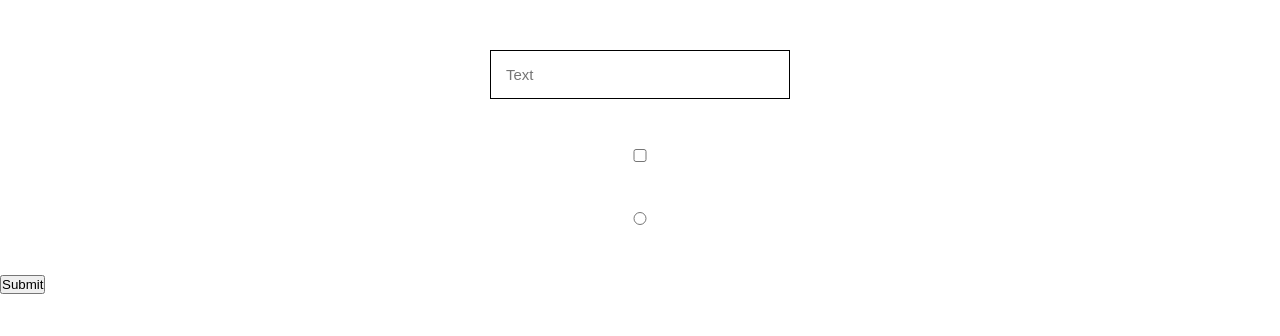
Repository: codysun1912/Javascript-coures
Page: index.html
An editor plug-in stored every save of this project. The page is shown before and after the next save, followed by the edit.
The browser window is 1280 px wide. The pictures show the whole page.

Above is the page before, as saved 2022-02-28 18:28:25.

### index.html
<!DOCTYPE html>
<html lang="en">
<head>
    <meta charset="UTF-8">
    <meta http-equiv="X-UA-Compatible" content="IE=edge">
    <meta name="viewport" content="width=device-width, initial-scale=1.0">
    <title>Javascript</title>
    <link rel="stylesheet" href="./css/app.css">

</head>
<body>
    <form class="form form-login">
        <input type="text" class="input" name = "name" placeholder="Text">
        <input type="checkbox" class="input" placeholder="Text">
        <input type="radio" class="input" placeholder="Text">
        <button type="submit">Submit</button>
    </form>
    <script src="./Event/form.js"></script>
</body>
</html>

### css/app.css
html {
    box-sizing: border-box;
  }
  * {
    margin: 0;
    padding: 0;
  }
  *,
  *:before,
  *:after {
    box-sizing: border-box;
  }
  input,
  textarea,
  select,
  button {
    outline: none;
  }
  input {
    line-height: normal;
  }
  label,
  button {
    cursor: pointer;
  }
  a {
    text-decoration: none;
  }
  img {
    display: block;
    max-width: 100%;
  }
  *,
  *:before,
  *:after {
    box-sizing: border-box;
  }
  /* using rem unit */
  html {
    font-size: 62.5%;
  }
  a {
    text-decoration: none;
  }
  img {
    display: block;
    max-width: 100%;
  }
  body {
    font-family: "Poppins", sans-serif;
    font-size: 16px;
    line-height: 1;
  }
  /* .menu {
    width: 300px;
    position: fixed;
    top: 0;
    right: 0;
    bottom: 0;
    box-shadow: rgba(100, 100, 111, 0.2) 0px 7px 29px 0px;
    list-style: none;
    transform: translateX(100%);
    transition: transform 0.25s linear;
  }
  .menu.is-show {
    transform: translateX(0);
  }
  .menu-link {
    display: block;
    padding: 20px 15px;
    color: #333;
    border-bottom: 1px solid #eee;
  }
  .boxed {
    width: 200px;
    height: 200px;
    padding: 20px;
    margin-left: 50px;
    border: 5px solid;

    border-top: 50px solid;
  } */
  /* Modal */
 .input {
   padding:15px;
   border: 1px solid black;
   font-size:15px;
   width: 300px;
   margin:50px auto;
   display: block;

 }

### Event/form.js
const keyDown = document.querySelector(".input");
// keyDown.addEventListener("keydown" , function(event){
    // console.log(event.key);
    // console.log(event.keyCode);
    // console.log(event.which);
// })
// keyDown.addEventListener("keyup" , function(event){
//     console.log(event.key);

// })

// keyDown.addEventListener("change" , function(event){
//     console.log("working");

// })
// su kien xay ra khi an ra ngoai

// keyDown.addEventListener("focus" , function(event){
//     console.log("working");
// })

// keyDown.addEventListener("blur" , function(event){
//     console.log("working");
// })


const form = document.querySelector(".form");
form.addEventListener("submit", function(event){
    event.preventDefault();
    if(keyDown.value === ""){
        alert("not things");
    }
})

After the next save:
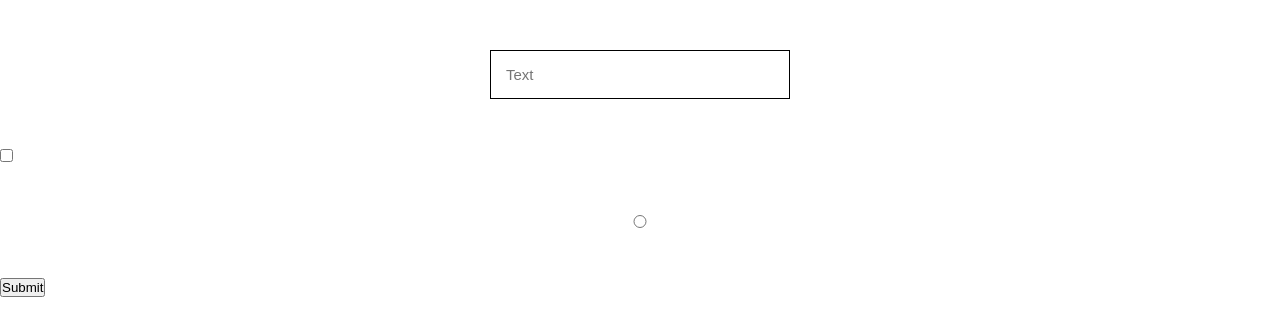
Saved 42 s later.
--- a/index.html
+++ b/index.html
@@ -11,7 +11,7 @@
 <body>
     <form class="form form-login">
         <input type="text" class="input" name = "name" placeholder="Text">
-        <input type="checkbox" class="input" placeholder="Text">
+        <input type="checkbox" class="hobby"id="" value = "badminton">
         <input type="radio" class="input" placeholder="Text">
         <button type="submit">Submit</button>
     </form>
